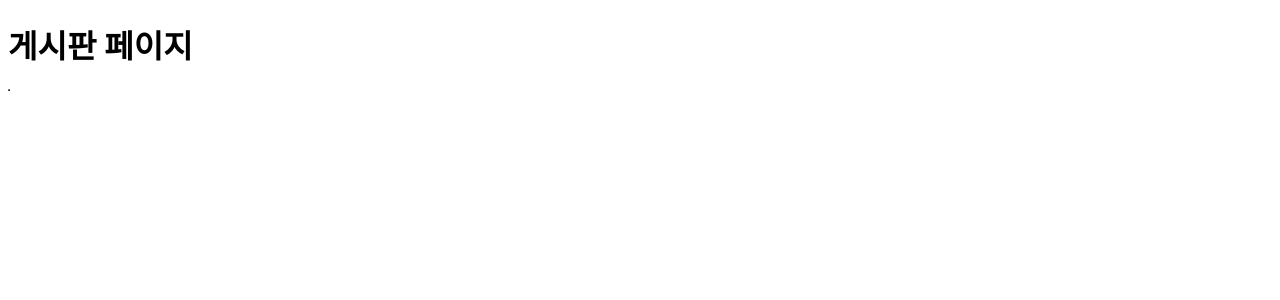
Repository: ksccmp/notice-board
Page: http://localhost/board/login_filter/board_main.jsp
The author's editor kept a copy of each file at every save. The page is drawn from the files as they stood at one save, then again after the next save.
The browser window is 1280 px wide. The pictures show the whole page.
The page is served by Tomcat 9. Nobody is signed in. The application's start-up code is not run. Other server files are loaded and not shown.

Above is the page before, as saved 2019-09-24 13:23:39.

### board/src/main/webapp/login_filter/board_main.jsp
<%@ page language="java" contentType="text/html; charset=UTF-8"
    pageEncoding="UTF-8"%>
<%@ taglib prefix="c" uri="http://java.sun.com/jsp/jstl/core" %>
<!DOCTYPE html PUBLIC "-//W3C//DTD HTML 4.01 Transitional//EN" "http://www.w3.org/TR/html4/loose.dtd">
<html>
<head>
<meta http-equiv="Content-Type" content="text/html; charset=UTF-8">
<title>Insert title here</title>
</head>
<body>
	<h1>게시판 페이지</h1>
	<table border="1">

	</table>
	<%--  return "login_filter/board_main.jsp";  --%>
</body>
</html>

After the next save:
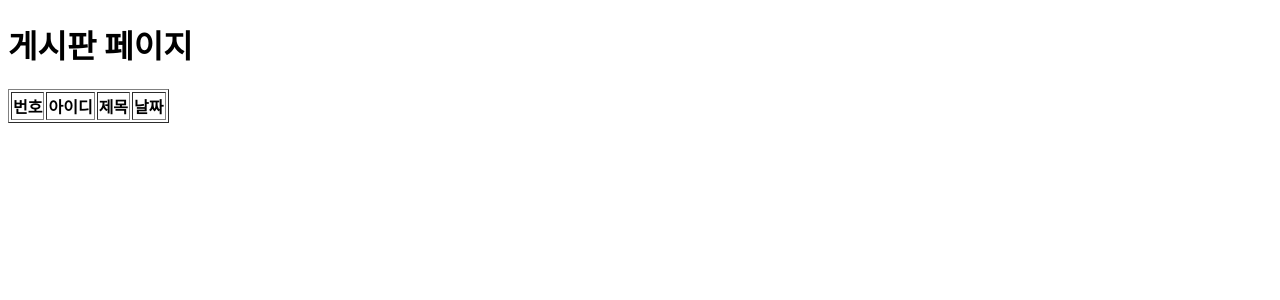
Saved 50 s later.
--- a/board/src/main/webapp/login_filter/board_main.jsp
+++ b/board/src/main/webapp/login_filter/board_main.jsp
@@ -10,7 +10,12 @@
 <body>
 	<h1>게시판 페이지</h1>
 	<table border="1">
-
+		<tr>
+			<th>번호</th>
+			<th>아이디</th>
+			<th>제목</th>
+			<th>날짜</th>
+		</tr>
 	</table>
 	<%--  return "login_filter/board_main.jsp";  --%>
 </body>
